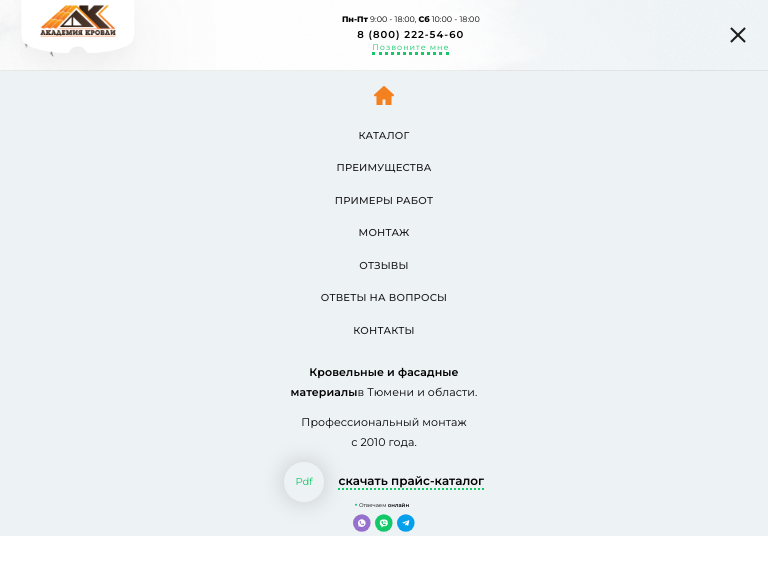
Repository: dima-hacker0/test_task_deyneka
Page: /
These files come from the project's save history. The page is drawn as it stood at one moment and after the next save; the edit follows.
The browser window is 768 px wide. The pictures show the whole page.
The project was rebuilt for these pictures with package versions that can differ from the ones it lists, and the page was loaded fresh each time.

Above is the page before, as saved 2022-06-23 21:28:55.

After the next save:
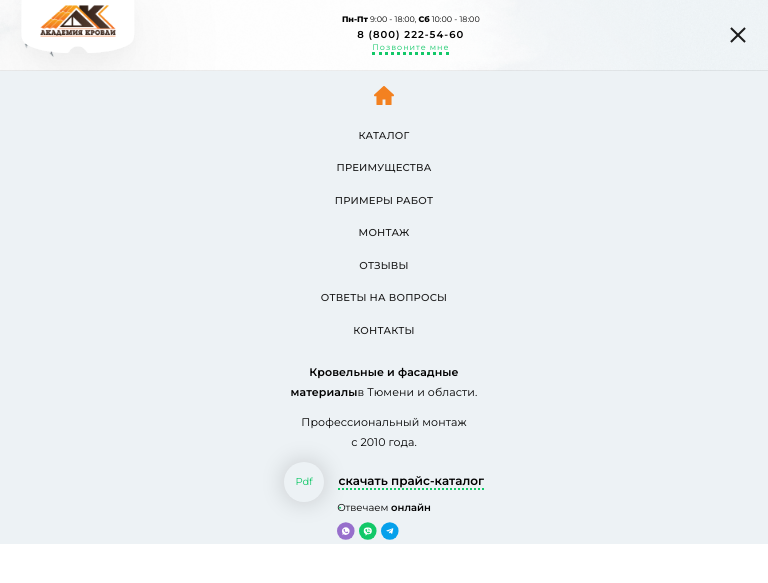
Saved 19 s later.
--- a/src/repeat_components/answer_online/answer.module.css
+++ b/src/repeat_components/answer_online/answer.module.css
@@ -29,10 +29,10 @@
 }
 @media (max-width: 992px) {
   .answerText {
-    font-size: 0.7vw;
+    font-size: 10px;
     position: relative;
     text-align: center;
-    margin-bottom: 0.7vw;
+    margin-bottom: 8px;
   }
   .answerText::before {
     content: "";
